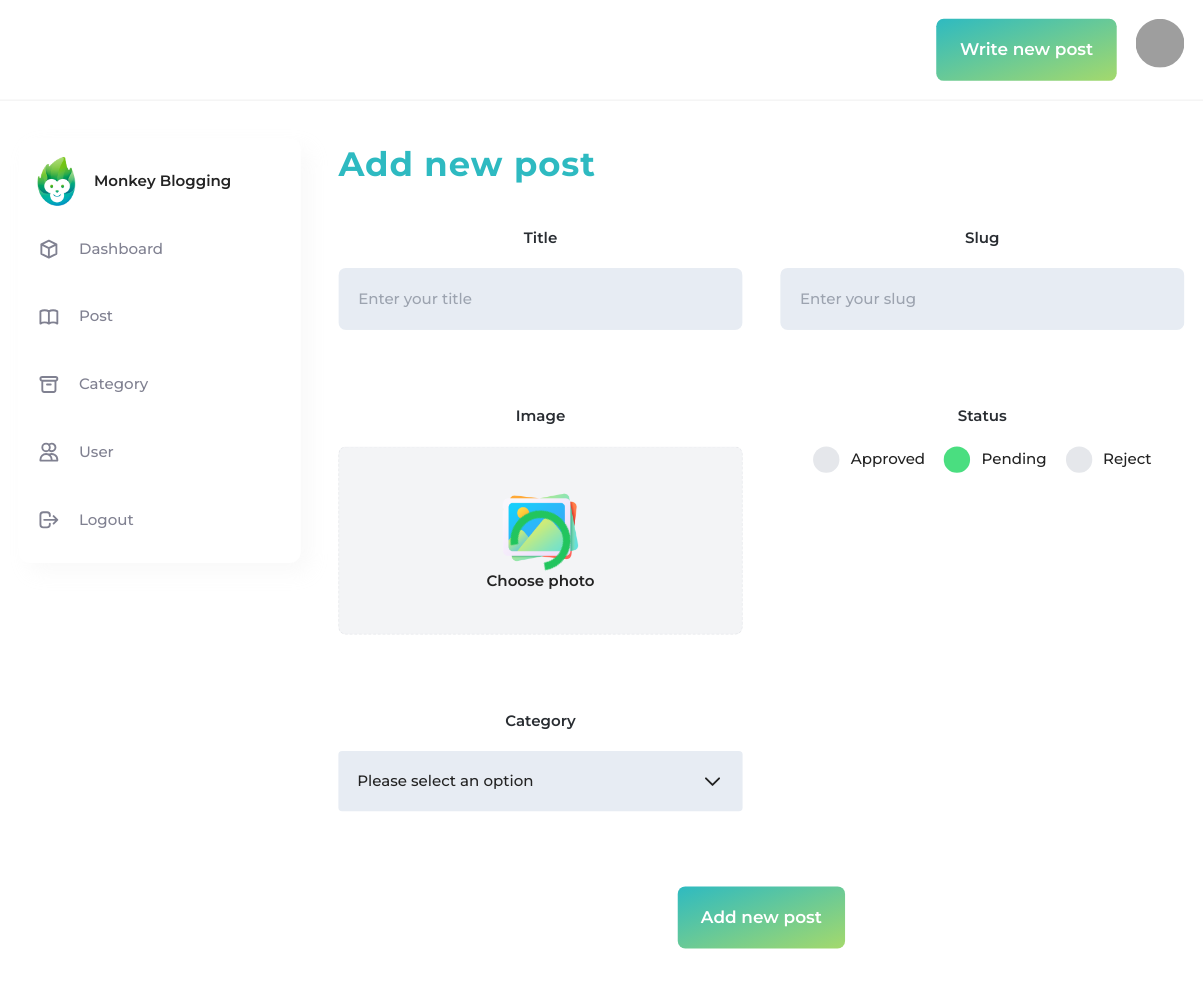
Repository: ThanhPhongsof/react-course-projects
Page: /manage/add-post (app in react-monkey-bloging/)
The author's editor kept a copy of each file at every save. The page is drawn from the files as they stood at one save, then again after the next save.
The browser window is 1280 px wide. The pictures show the whole page, at 94% of full size.
Pictures or frames that could not be fetched are drawn as grey boxes. The project was rebuilt for these pictures with package versions that can differ from the ones it lists, and the page was loaded fresh each time. Also part of the build but not shown: react-monkey-bloging/src/page/AuthenticationPage.js, react-monkey-bloging/src/components/icon/IconEyeOpen.js, react-monkey-bloging/src/components/icon/IconEyeClose.js, react-monkey-bloging/src/components/icon/index.js, react-monkey-bloging/src/components/input/InputPasswordToggle.js, react-monkey-bloging/src/page/SignUpPage.js, react-monkey-bloging/src/page/SignInPage.js, react-monkey-bloging/src/components/layout/Header.js and 21 more. Imported but missing from the stored project, and not drawn on this page: react-monkey-bloging/src/components/loading/LoadingSpinner, react-monkey-bloging/src/module/post/PostMeta.

Above is the page before, as saved 2022-05-09 15:26:21.

After the next save:
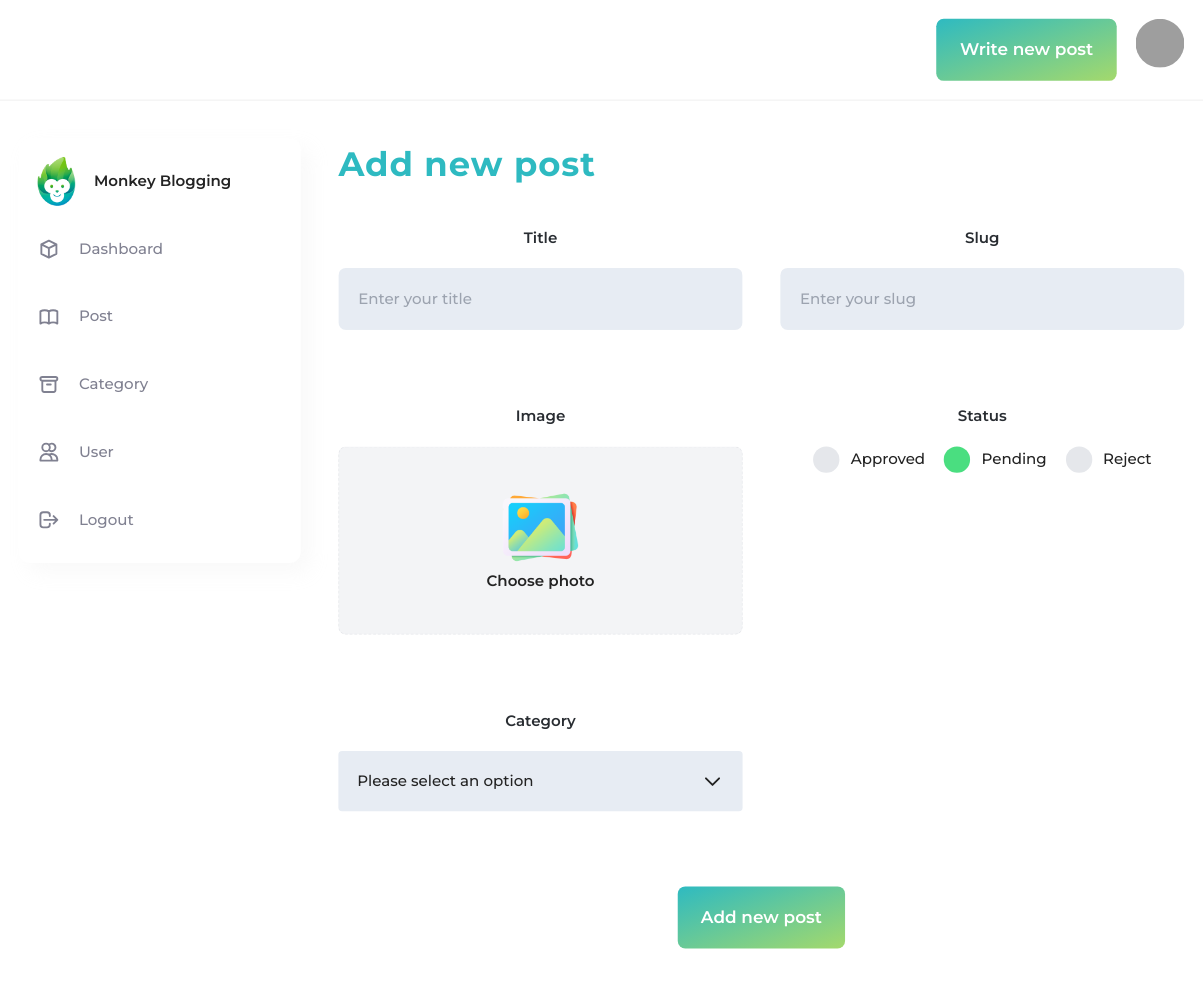
Saved 8 s later.
--- a/react-monkey-bloging/src/components/image/ImageUpload.js
+++ b/react-monkey-bloging/src/components/image/ImageUpload.js
@@ -105,8 +105,7 @@ const ImageUpload = ({
         onChange={() => {}}
         {...rest}
       />
-      {/* {progress !== 0 && !image && <div className="image-loading"></div>} */}
-      <div className="image-loading"></div>
+      {progress !== 0 && !image && <div className="image-loading"></div>}
       {image ? (
         <Fragment>
           <img src={image} className="image-show" alt="" />
